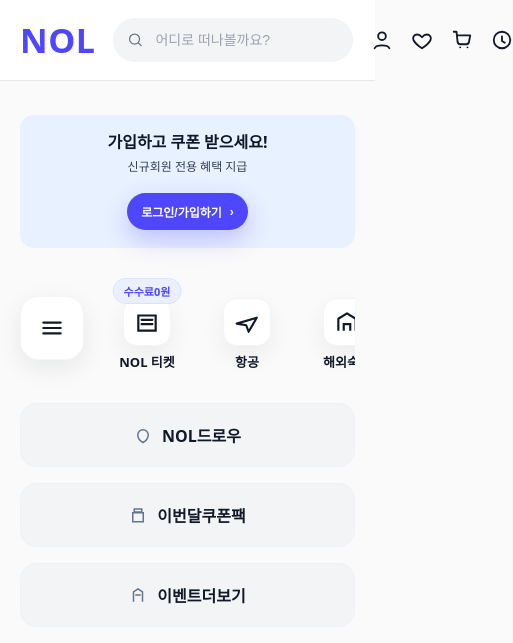
Repository: ilrangkwon/vscode
Page: 260210/project/html/index_coreect.html
The author's editor kept a copy of each file at every save. The page is drawn from the files as they stood at one save, then again after the next save.
The browser window is 375 px wide. The page is 513 px wide, then 375 px, so the pictures cover 513 px, including what lies to the right of the window. The pictures show the whole page.

Above is the page before, as saved 2026-02-10 14:29:33.

After the next save:
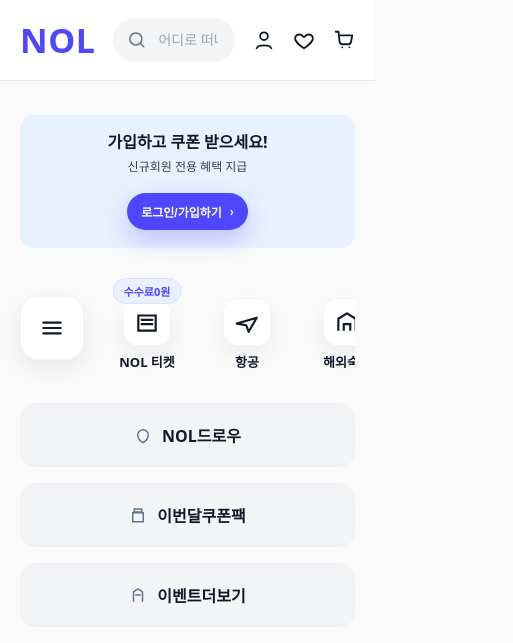
Saved 14 s later.
--- a/260210/project/html/index_coreect.html
+++ b/260210/project/html/index_coreect.html
@@ -250,6 +250,57 @@
       min-height:64px;
     }
     .bigbtn svg{ width:18px;height:18px; color:#64748b; }
+
+    /* =========================
+   SEARCH FILL OVERRIDES
+   (기존 CSS 맨 아래에 추가)
+   ========================= */
+
+/* 헤더 한 줄 유지 + 검색이 우측을 밀지 않게 */
+.topbar .topbar__inner{
+  flex-wrap: nowrap !important;
+}
+
+/* 우측 영역은 고정(줄어들지 않게) */
+.topbar .top-actions{
+  flex: 0 0 auto !important;
+  flex-shrink: 0 !important;
+  white-space: nowrap !important;
+}
+
+/* 로고도 고정 */
+.topbar .logo{
+  flex: 0 0 auto !important;
+}
+
+/* ✅ 검색은 남는 공간만큼 채우되, 필요하면 줄어들 수 있어야 함 */
+.topbar .search{
+  flex: 1 1 0 !important;     /* fill */
+  min-width: 0 !important;     /* ⭐ 우측 밀림 방지 핵심 */
+  width: auto !important;      /* 기존 width:100% 무력화 */
+}
+
+/* ✅ input/placeholder가 최소폭을 잡아먹지 않게 */
+.topbar .search input{
+  width: 100% !important;
+  min-width: 0 !important;
+}
+
+/* (선택) 우측 텍스트 줄바꿈 방지 + 좁을 때 깨짐 완화 */
+.topbar .action{
+  width: auto !important;      /* 기존 62px 고정이면 텍스트 줄바꿈 유발 */
+}
+.topbar .action span{
+  white-space: nowrap !important;
+}
+
+/* (선택) 아주 좁은 화면에서 우측 1개 숨겨 검색 폭 확보 */
+@media (max-width: 520px){
+  .topbar .top-actions .action:last-child{
+    display: none !important;
+  }
+}
+
 
     /* responsive */
     @media (max-width: 880px){
